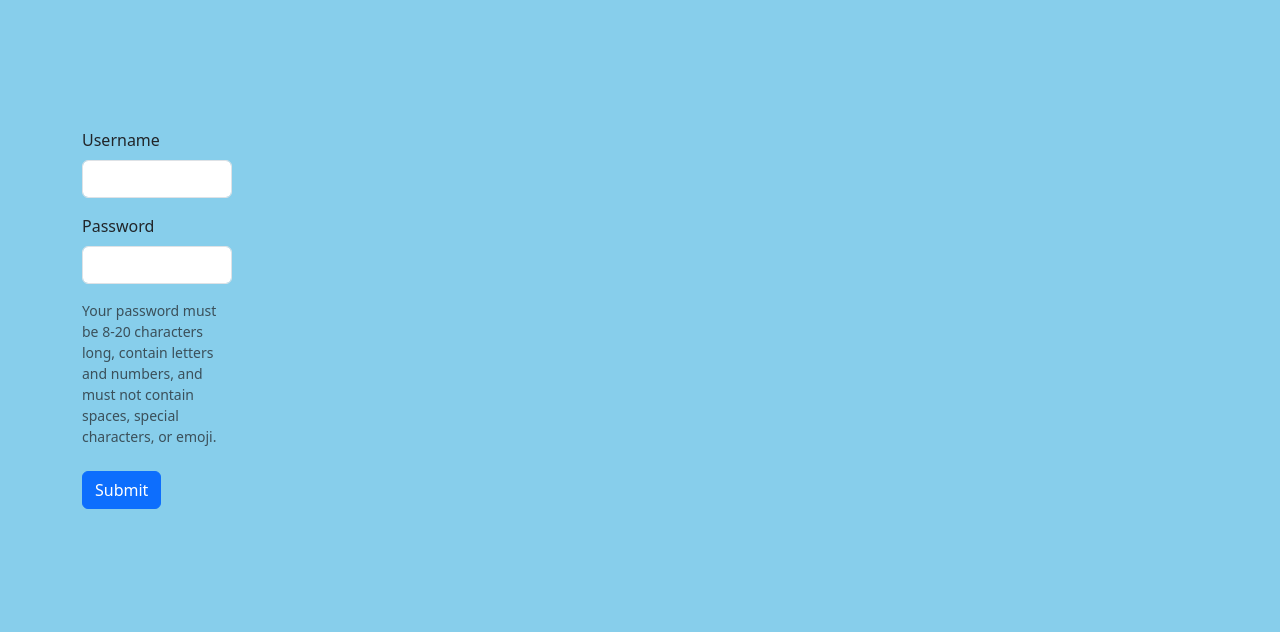
Repository: sarathraj2002/todo-list
Page: login.html
The author's editor kept a copy of each file at every save. The page is drawn from the files as they stood at one save, then again after the next save.
The browser window is 1280 px wide. The pictures show the whole page.

Above is the page before, as saved 2024-09-05 11:02:27.

After the next save:
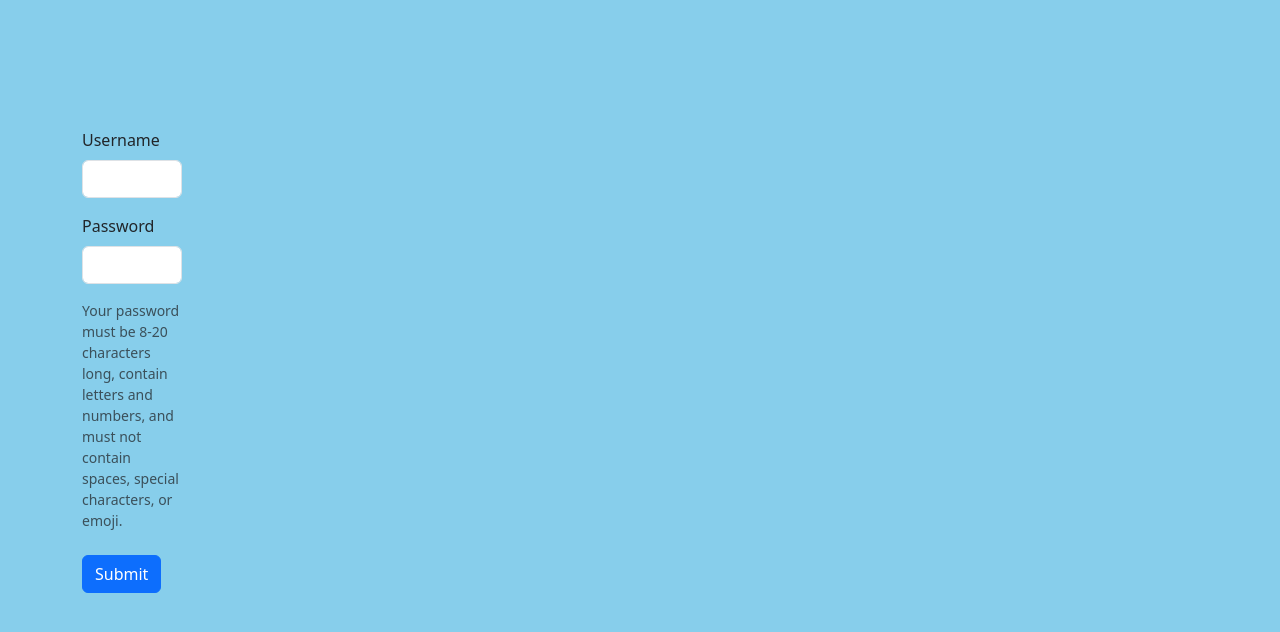
Saved 7 s later.
--- a/style.css
+++ b/style.css
@@ -9,5 +9,5 @@ body{
 }
 .form{
     height: 100px;
-    width: 150px;
+    width: 100px;
 }
